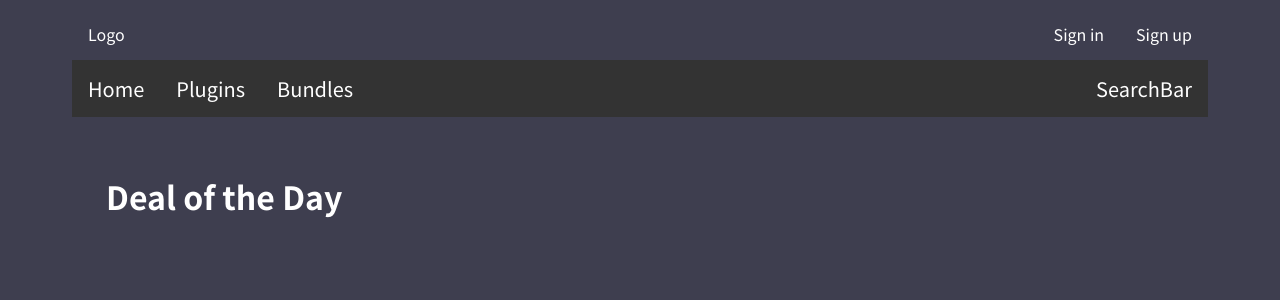
Repository: jigom11791/Wavez
Page: Wavez/Waves-Site/index.html
An editor plug-in stored every save of this project. The page is shown before and after the next save, followed by the edit.
The browser window is 1280 px wide. The pictures show the whole page.

Above is the page before, as saved 2020-10-30 18:19:39.

After the next save:
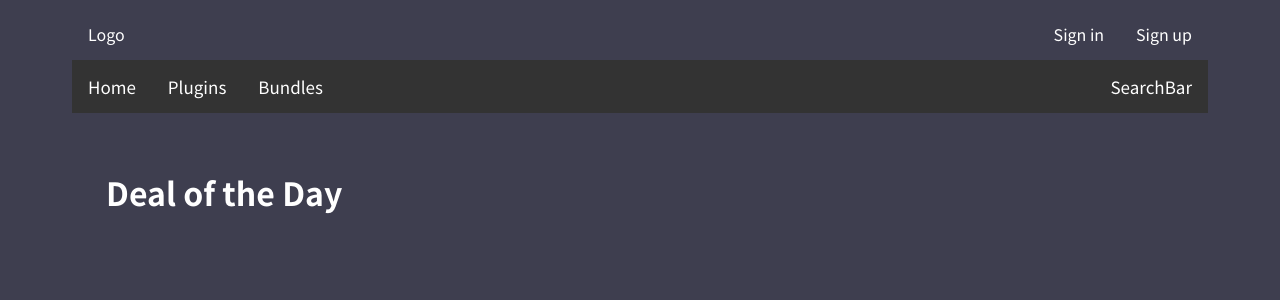
Saved 8 s later.
--- a/Wavez/Waves-Site/style.css
+++ b/Wavez/Waves-Site/style.css
@@ -17,7 +17,7 @@ ul.topnav, ul.header{
 }
 ul.topnav {
     background-color: #333;
-    font-size: 20px;
+    font-size: 17px;
 }
 ul.topnav li, ul.header li{
     float: left;
